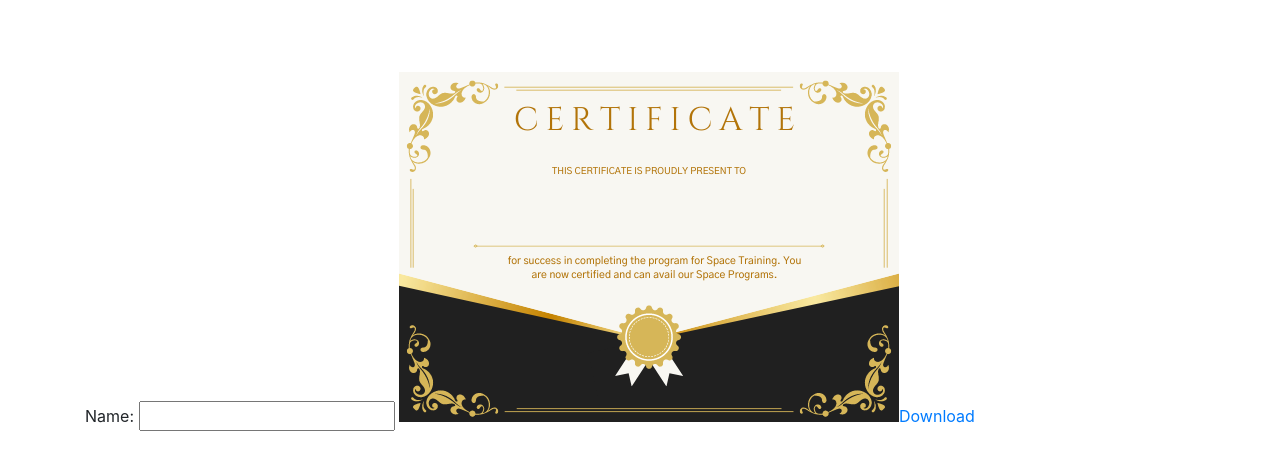
Repository: sarthakkathpalia/elliptical
Page: html/certificate.html
The author's editor kept a copy of each file at every save. The page is drawn from the files as they stood at one save, then again after the next save.
The browser window is 1280 px wide. The pictures show the whole page.

Above is the page before, as saved 2021-10-31 08:05:33.

### html/certificate.html
<!DOCTYPE html>
<html lang="en">

<head>
    <meta charset="UTF-8">
    <meta name="viewport" content="width=device-width, initial-scale=1.0">
    <link href="https://stackpath.bootstrapcdn.com/bootstrap/4.5.2/css/bootstrap.min.css" rel="stylesheet">
    <title>Certificate Generator</title>
</head>

<body>
    <div class="container">
        <br>
        <br>
        <br>

            Name:
            <input id="name" type='text'>
        <label>
        <canvas id="canvas" height="350px" width="500px"></canvas>
        </label><a href="#" id="download-btn">Download</a>

    </div>
    <script src="certificate.js"></script>
</body>

</html>

### html/certificate.js
const canvas = document.getElementById('canvas')
const ctx = canvas.getContext('2d')
const nameInput = document.getElementById('name')
const downloadBtn = document.getElementById('download-btn')

const image = new Image()
image.src = 'certificate.jpg'
image.onload = function () {
	drawImage()
}

function drawImage() {
	// ctx.clearRect(0, 0, canvas.width, canvas.height)
	ctx.drawImage(image, 0, 0, canvas.width, canvas.height)
	ctx.font = '40px monotype corsiva'
	ctx.fillStyle = '#29e'
	ctx.fillText(nameInput.value, 105, 170)
}

nameInput.addEventListener('input', function () {
	drawImage()
})

downloadBtn.addEventListener('click', function () {
	downloadBtn.href = canvas.toDataURL('image/jpg')
	downloadBtn.download = 'Certificate - ' + nameInput.value
})

After the next save:
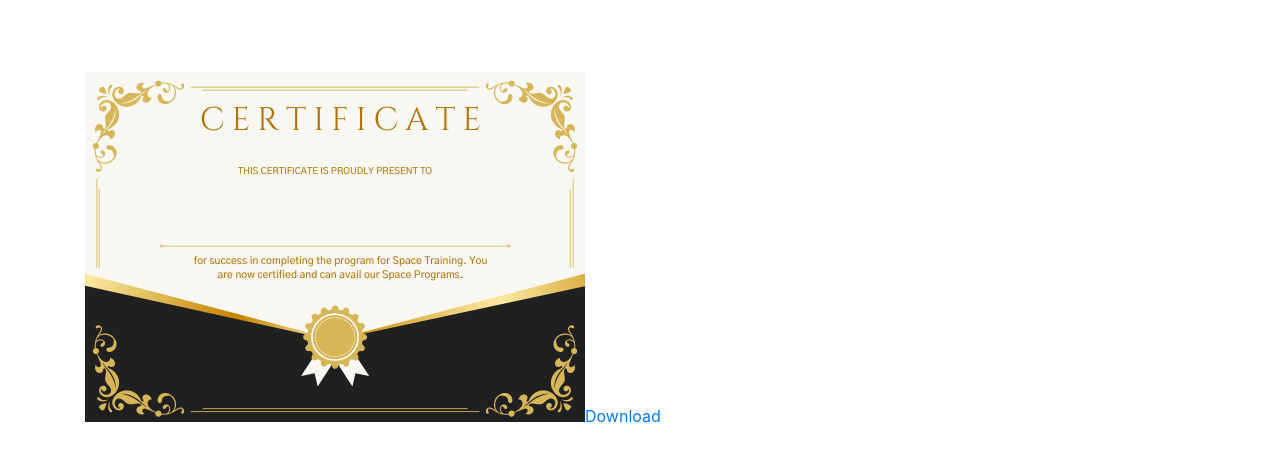
Console error: TypeError: Cannot read properties of null (reading 'addEventListener')
Saved 25 s later.
--- a/html/certificate.html
+++ b/html/certificate.html
@@ -14,8 +14,8 @@
         <br>
         <br>
 
-            Name:
-            <input id="name" type='text'>
+            <!-- Name:
+            <input id="name" type='text'> -->
         <label>
         <canvas id="canvas" height="350px" width="500px"></canvas>
         </label><a href="#" id="download-btn">Download</a>
